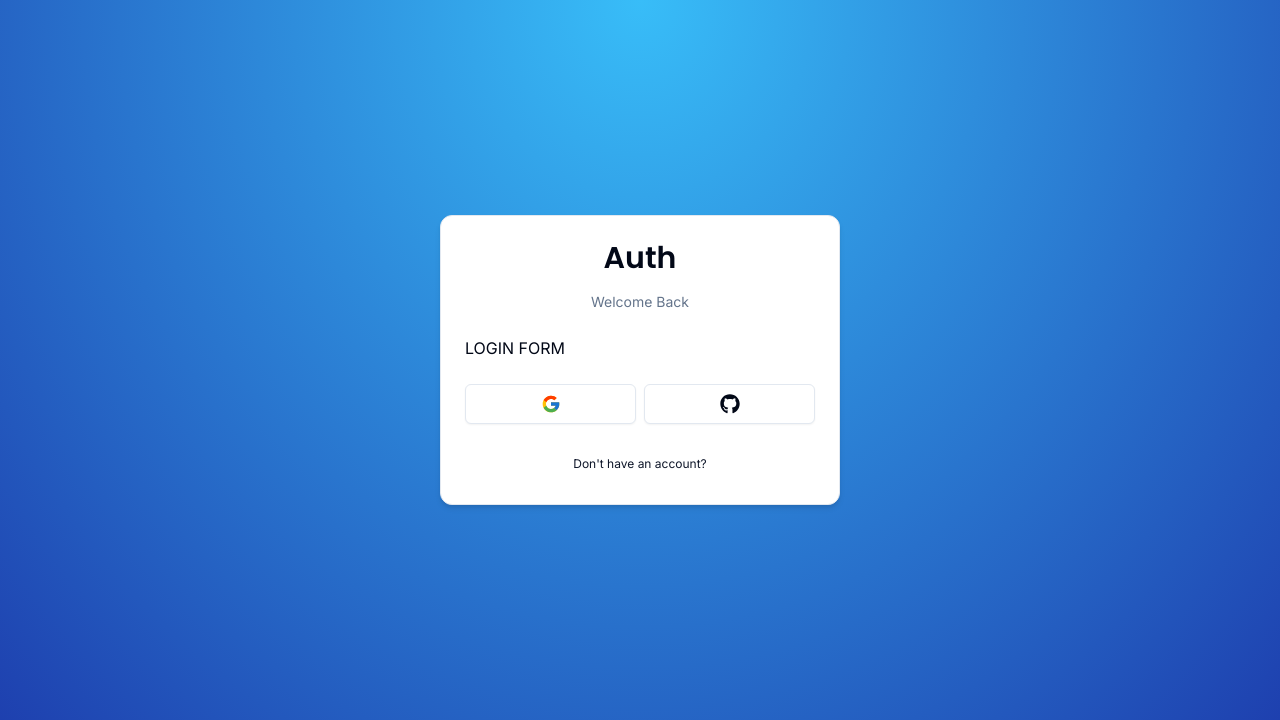
Repository: DevLaukey/next-auth-role-based
Page: /auth/login
The author's editor kept a copy of each file at every save. The page is drawn from the files as they stood at one save, then again after the next save.
The browser window is 1280 px wide. The pictures show the whole page.
The project was rebuilt for these pictures with package versions that can differ from the ones it lists, and the page was loaded fresh each time. The framework's server and built-in components were replaced by stand-ins that run in the browser. Also part of the build but not shown: next.config.js.

Above is the page before, as saved 2024-01-16 02:35:10.

After the next save:
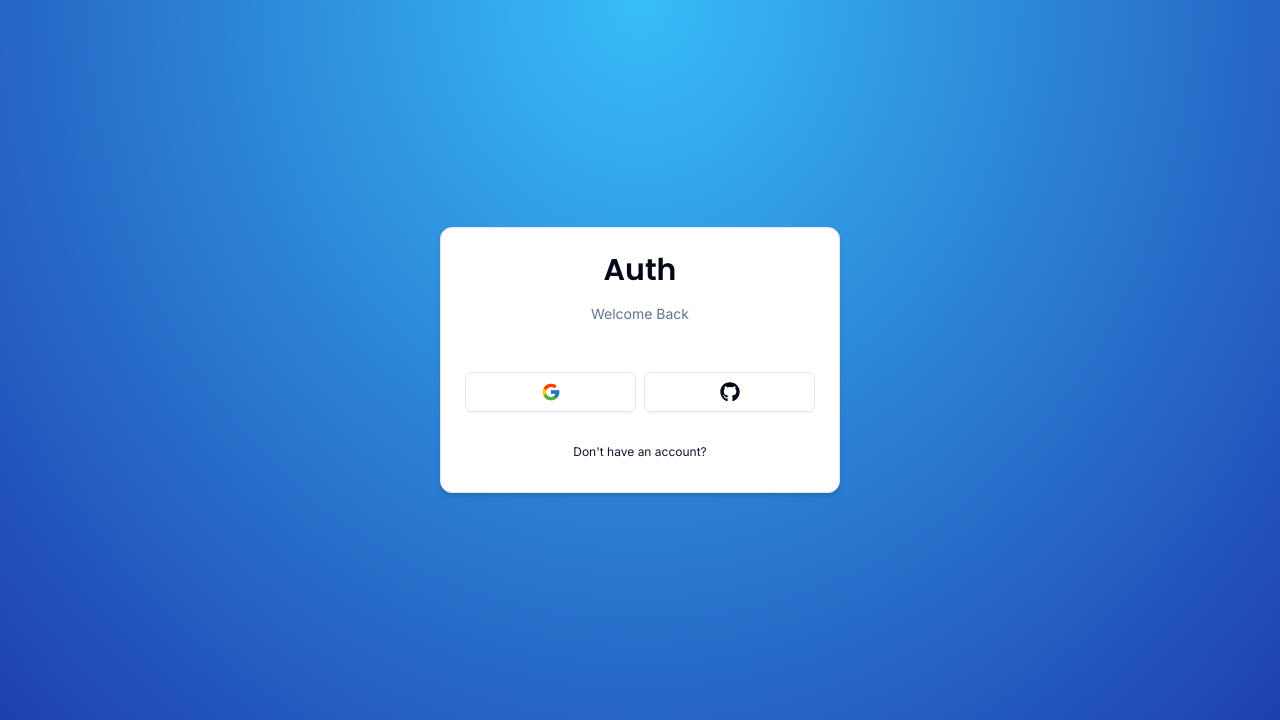
Saved 83 s later.
--- a/components/auth/login-form.tsx
+++ b/components/auth/login-form.tsx
@@ -24,7 +24,10 @@
       backButtonHref="/auth/register"
       showSocial
     >
-      LOGIN FORM
+      <Form {...form}>
+        <form onSubmit={form.handleSubmit((data) => console.log(data))}>
+          </form>
+      </Form>
     </CardWrapper>
   );
 };

After the 2 saves that followed:
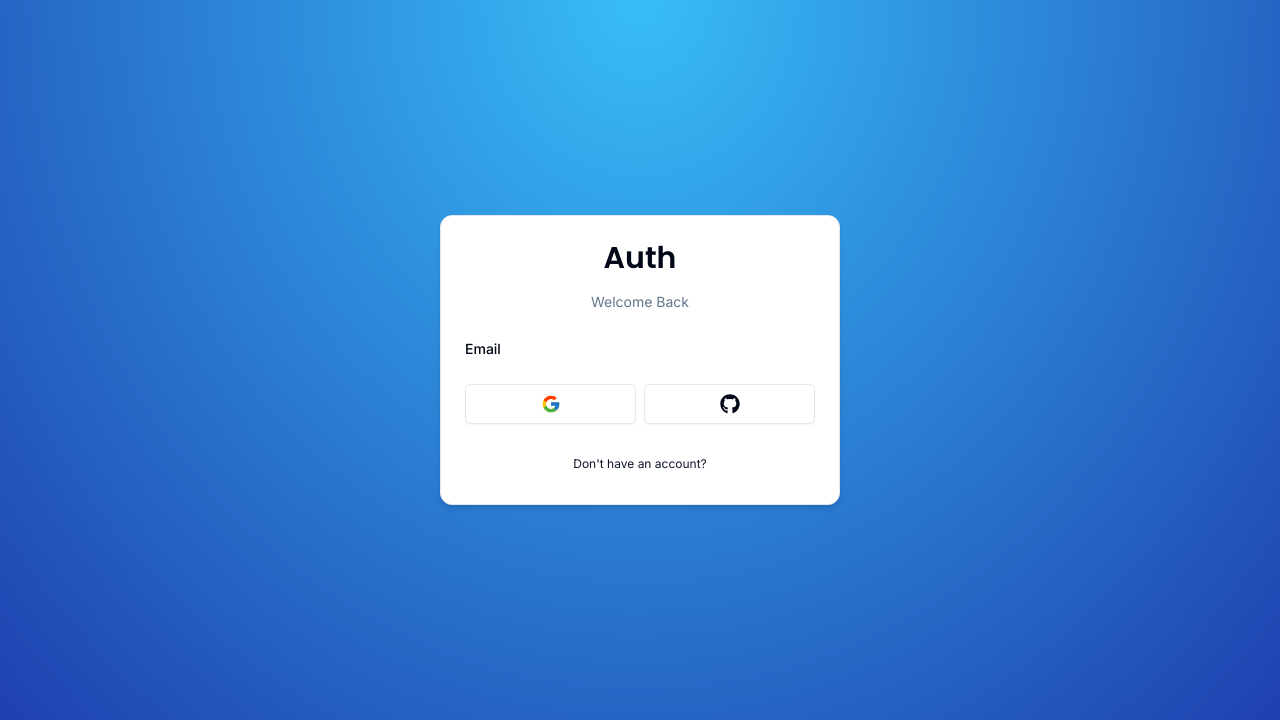
The 2 saves are shown as one change because 1 did not build or start.
The last was saved 2 min 44 s later.
--- a/components/auth/login-form.tsx
+++ b/components/auth/login-form.tsx
@@ -5,7 +5,7 @@
 import { useForm } from "react-hook-form"
 import { zodResolver } from "@hookform/resolvers/zod";
 import { LoginSchema } from "@/schemas";
-import { Form, FormControl, FormField, FormLabel, FormMessage } from "@/components/ui/form"
+import { Form, FormControl, FormField, FormItem, FormLabel, FormMessage } from "@/components/ui/form"
 
 export const LoginForm = () => {
   const form = useForm<z.infer<typeof LoginSchema>>({
@@ -25,8 +25,24 @@
       showSocial
     >
       <Form {...form}>
-        <form onSubmit={form.handleSubmit((data) => console.log(data))}>
-          </form>
+        <form
+          onSubmit={form.handleSubmit((data) => console.log(data))}
+          className="space-y-6"
+        >
+          <div className="space-y-4">
+            <FormField
+              control={form.control}
+              name="email"
+              render={({ field }) => (
+                <FormItem>
+                  <FormLabel>Email</FormLabel>
+                  <FormControl {...field} />
+                  <FormMessage {...field} />
+                </FormItem>
+              )}
+            ></FormField>
+          </div>
+        </form>
       </Form>
     </CardWrapper>
   );
